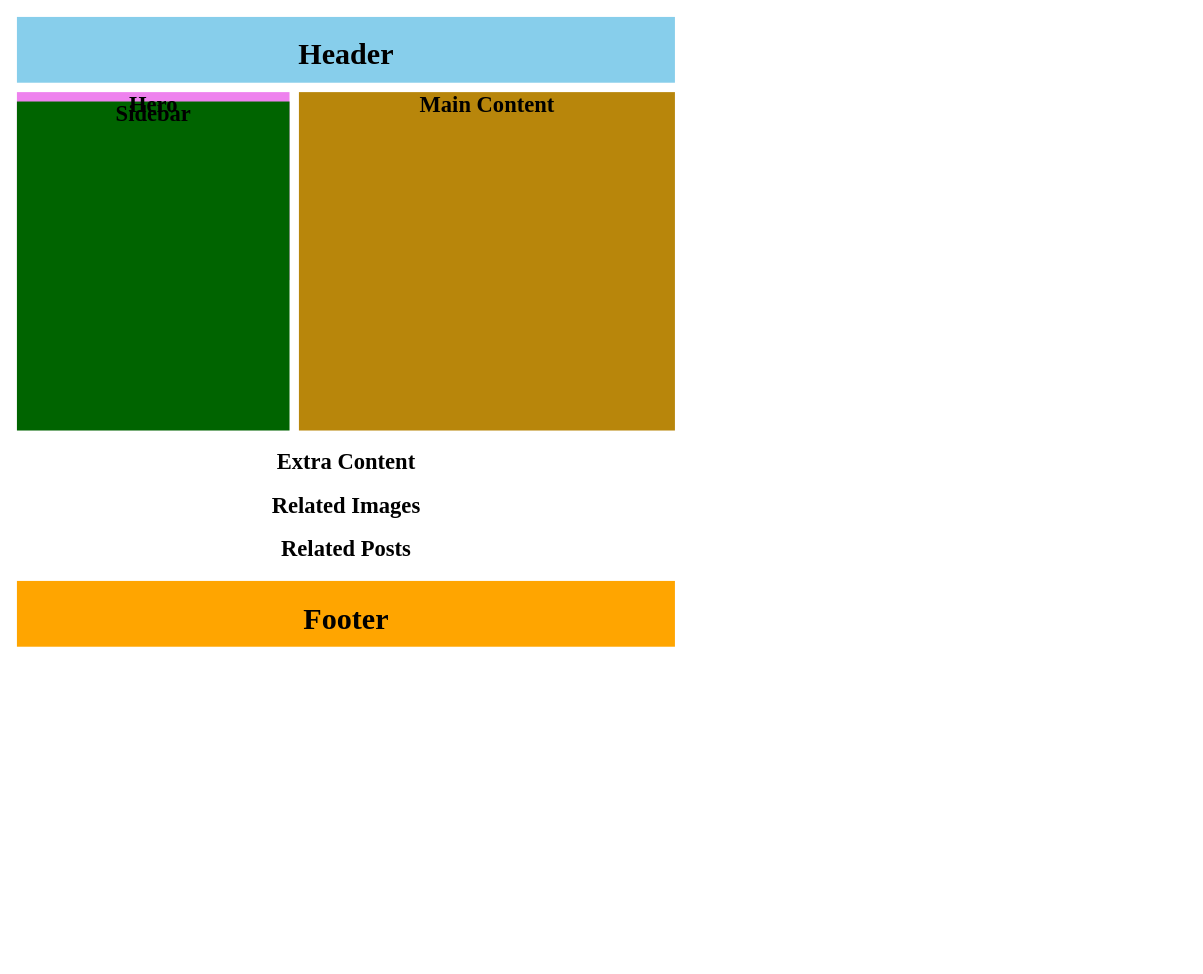
Repository: harshitanthal1/assignments_avisoft
Page: 01-02-2024/assignment_2/index.html
An editor plug-in stored every save of this project. The page is shown before and after the next save, followed by the edit.
The browser window is 1280 px wide. The pictures show the whole page, at 94% of full size.

Above is the page before, as saved 2024-02-01 18:14:46.

### 01-02-2024/assignment_2/index.html
<!DOCTYPE html>
<html lang="en">
<head>
    <meta charset="UTF-8">
    <meta name="viewport" content="width=device-width, initial-scale=1.0">
    <title>Assignment 2</title>
    <link rel="stylesheet" href="styles/styles.css" />
</head>
<body>
    <div id="main-sec">
       <div id="header"><h1>Header</h1></div>
       <div id="main">
           <div id="sec1"><h2>Hero</h2></div>
           <div id="sec2"><h2>Main Content</h2></div>
           <div id="sec3"><h2>Sidebar</h2></div>
           <div id="sec4"><h2>Extra Content</h2></div>
           <div id="sec5"><h2>Related Images</h2></div>
           <div id="sec6"><h2>Related Posts</h2></div>
       </div>
       <div id="footer"><h1>Footer</h1></div>
    </div>
</body>
</html>

### 01-02-2024/assignment_2/styles/styles.css
#main-sec {
    display: flex;
    width: 700px;
    height: 1000px;

    flex-direction: column;
    text-align: center;
    padding: 10px;
}

#header {
    background-color: skyblue;
    width: 700px;
    height: 70px;
    margin-bottom: -10px;

}

#sec1 {
    background-color: violet;
    width: 290px;
    height: 200px;
    margin-right: 10px;
}

#sec2 {
    background-color: darkgoldenrod;
    width: 400px;
    height: 360px;
    margin-left: 300px;
    margin-top: -220px;
}

#sec3 {
    background-color: darkgreen;
    width: 290px;
    height: 350px;
    margin-top: -370px;
}

#footer {
    background-color: orange;
    width: 700px;
    height: 70px;

}

After the next save:
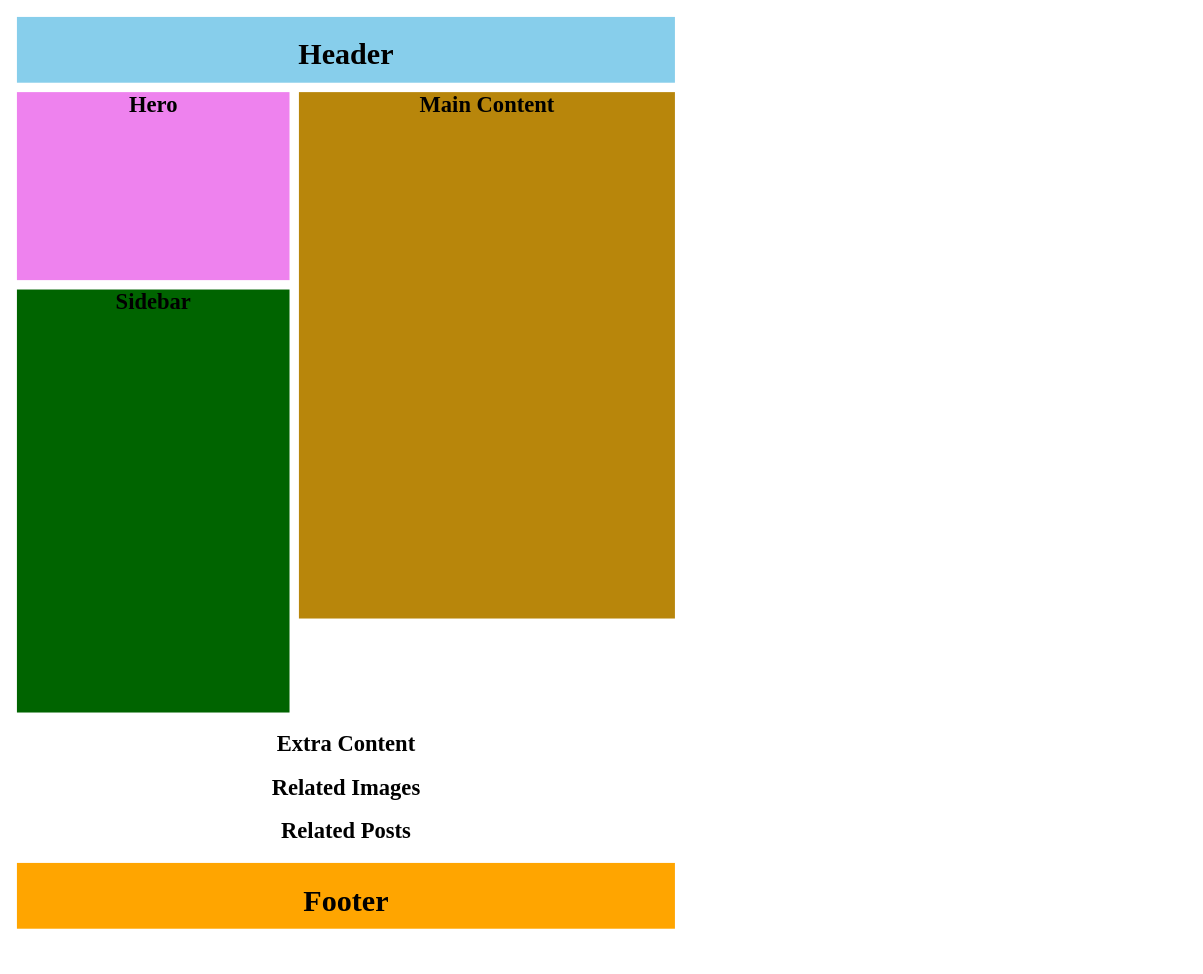
Saved 47 s later.
--- a/01-02-2024/assignment_2/styles/styles.css
+++ b/01-02-2024/assignment_2/styles/styles.css
@@ -26,7 +26,7 @@
 #sec2 {
     background-color: darkgoldenrod;
     width: 400px;
-    height: 360px;
+    height: 560px;
     margin-left: 300px;
     margin-top: -220px;
 }
@@ -34,7 +34,7 @@
 #sec3 {
     background-color: darkgreen;
     width: 290px;
-    height: 350px;
+    height: 450px;
     margin-top: -370px;
 }
 
